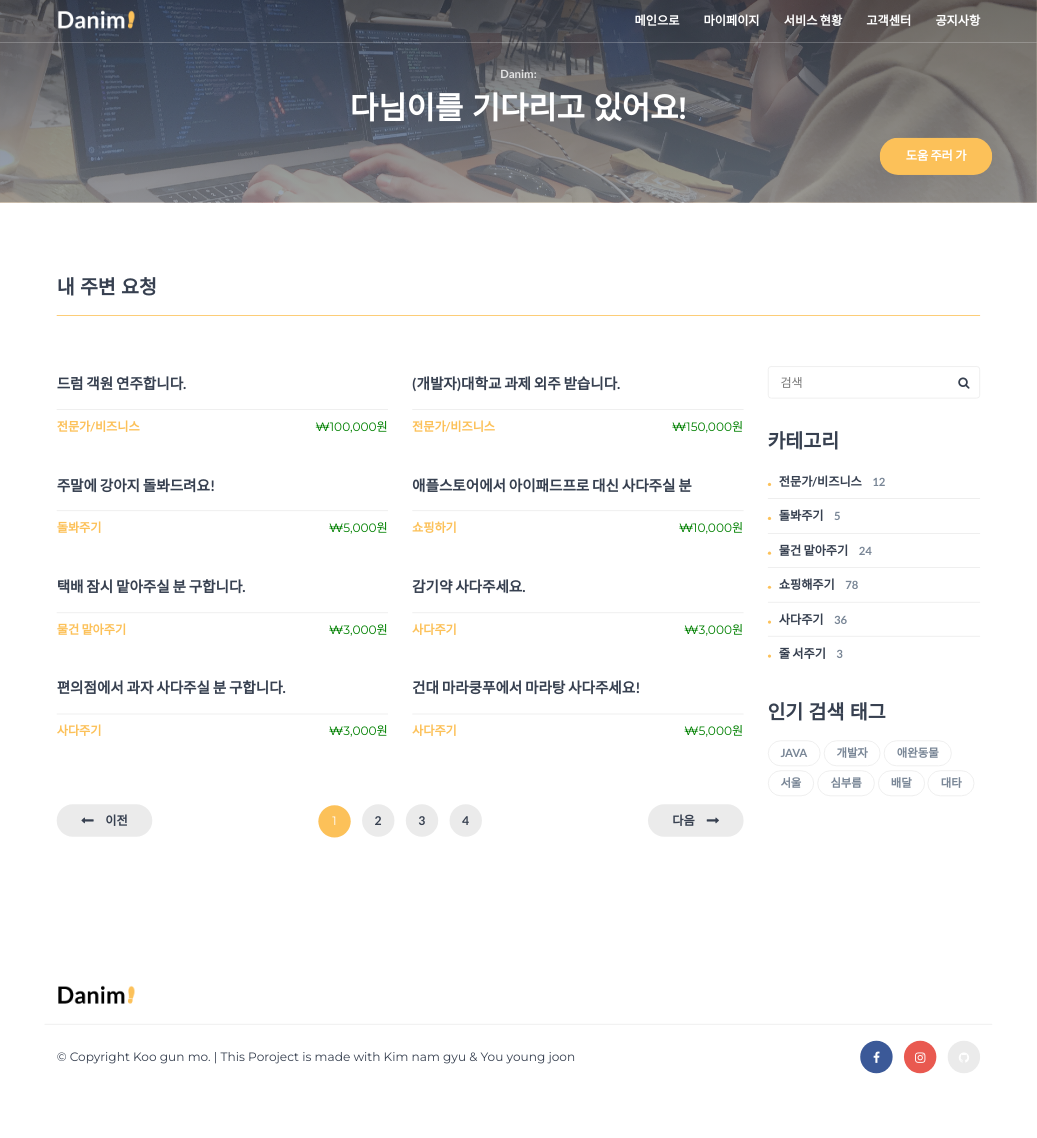
Repository: him1897/Danim
Page: http://localhost/danim/WEB-INF/views/userindex.jsp
These files come from the project's save history. The page is drawn as it stood at one moment and after the next save; the edit follows.
The browser window is 1280 px wide. The pictures show the whole page, at 81% of full size.
Backgrounds fixed to the window are drawn as part of the page. The page is served by Tomcat 9. Nobody is signed in. Other server files are loaded and not shown. The template is opened directly, without the code that normally fills it, so the values that code supplies are empty.

Above is the page before, as saved 2019-10-18 00:51:55.

### DanimProject/danim/src/main/webapp/WEB-INF/views/userindex.jsp
<%@ page language="java" contentType="text/html; charset=UTF-8"
    pageEncoding="UTF-8"%>
<!DOCTYPE html>
<html>
    <head>
		<meta charset="utf-8">
		<meta http-equiv="X-UA-Compatible" content="IE=edge">
		<meta name="viewport" content="width=device-width, initial-scale=1">


		<title>다님: 효율적인 삶의 시작</title>

		<!-- Google font -->
        <link href="https://fonts.googleapis.com/css?family=Lato:700%7CMontserrat:400,600" rel="stylesheet">

		<!-- Bootstrap -->
		<link type="text/css" rel="stylesheet" href="/danim/resources/css/bootstrap.min.css"/>

		<!-- Font Awesome Icon -->
		<link rel="stylesheet" href="/danim/resources/css/font-awesome.min.css">

		<!-- Custom stlylesheet -->
		<link type="text/css" rel="stylesheet" href="/danim/resources/css/style.css"/>
		<script type="text/javascript" src="https://code.jquery.com/jquery-1.12.4.min.js" ></script>



    </head>
	<body>

		<!-- Header -->
		<header id="header" class="transparent-nav">
			<div class="container">

				<div class="navbar-header" class="backimgs">
					<!-- Logo -->
					<div class="navbar-brand">
						<a class="logo" href="danimindex.jsp">
							<img src="/danim/resources/img/logo-alt.png" alt="logo">
						</a>
					</div>
					<!-- /Logo -->

					<!-- Mobile toggle -->
					<button class="navbar-toggle">
						<span></span>
					</button>
					<!-- /Mobile toggle -->
				</div>

				<!-- Navigation -->
				<nav id="nav">
					<ul class="main-menu nav navbar-nav navbar-right">
						<li><a href="/danim/danimindex.jsp">메인으로</a></li>
                        <li><a href="#">마이페이지</a></li>
                        <li><a href="#">서비스 현황</a></li>
						<li><a href="#">고객센터</a></li>
						<li><a href="#">공지사항</a></li>
					</ul>
				</nav>
				<!-- /Navigation -->

			</div>
		</header>
		<!-- /Header -->

		<!-- Hero-area -->
		<div class="hero-area section">

			<!-- Backgound Image -->
			<div class="bg-image bg-parallax overlay" style="background-image:url(/danim/resources/img/IMG_0078.jpeg)"></div>
			<!-- /Backgound Image -->

			<div class="container">
				<div class="row">
					<div class="col-md-10 col-md-offset-1 text-center">
						<ul class="hero-area-tree">
							<li>Danim:</li>
						</ul>
						<h1 class="white-text">다님이를 기다리고 있어요!</h1>
					</div>
					<a class="main-button icon-button pull-right" href="#" style="margin-bottom: -5%;">도움 주러 가</a>
				</div>
			</div>

		</div>
		<!-- /Hero-area -->

		<!-- Blog -->
		<div id="blog" class="section">

			<!-- container -->
			<div class="container">
				<h3>내 주변 요청</h3>
				<hr style="border-color: #fcc159;">
				<br><br>
				<!-- row -->
				<div class="row">

					<!-- main blog -->
					<div id="main" class="col-md-9">

						<!-- row -->
						<div class="row">

							<!-- single blog -->
							<div class="col-md-6">
								<div class="single-blog">
									<!-- <div class="blog-img">
										<a href="#">
											<img src="/danim/resources/img/pet.png" alt="">
										</a>
									</div> -->
									<h4><a href="#">드럼 객원 연주합니다.</a></h4>
									<div class="blog-meta">
										<span class="blog-meta-author"><a href="#">전문가/비즈니스</a></span>
										<div class="pull-right">
											<span class="course-price course-premium uiprice">₩100,000원</span>
										</div>
									</div>
								</div>
							</div>
							<!-- /single blog -->

							<!-- single blog -->
							<div class="col-md-6">
								<div class="single-blog">
									<h4><a href="#">(개발자)대학교 과제 외주 받습니다.</a></h4>
									<div class="blog-meta">
										<span class="blog-meta-author"><a href="#">전문가/비즈니스</a></span>
										<div class="pull-right">
											<span class="course-price course-premium uiprice">₩150,000원</span>
										</div>
									</div>
								</div>
							</div>
							<!-- /single blog -->

							<!-- single blog -->
							<div class="col-md-6">
								<div class="single-blog">
									<h4><a href="#">주말에 강아지 돌봐드려요!</a></h4>
									<div class="blog-meta">
										<span class="blog-meta-author"><a href="#">돌봐주기</a></span>
										<div class="pull-right">
											<span class="course-price course-premium uiprice">₩5,000원</span>
										</div>
									</div>
								</div>
							</div>
							<!-- /single blog -->

							<!-- single blog -->
							<div class="col-md-6">
								<div class="single-blog">
									<h4><a href="#">애플스토어에서 아이패드프로 대신 사다주실 분</a></h4>
									<div class="blog-meta">
										<span class="blog-meta-author"><a href="#">쇼핑하기</a></span>
										<div class="pull-right">
											<span class="course-price course-premium uiprice">₩10,000원</span>
										</div>
									</div>
								</div>
							</div>
                            <!-- /single blog -->
                            <!-- single blog -->
							<div class="col-md-6">
								<div class="single-blog">
									<h4><a href="#">택배 잠시 맡아주실 분 구합니다.</a></h4>
									<div class="blog-meta">
										<span class="blog-meta-author"><a href="#">물건 맡아주기</a></span>
										<div class="pull-right">
											<span class="course-price course-premium uiprice">₩3,000원</span>
										</div>
									</div>
								</div>
							</div>
                            <!-- /single blog -->
                            <!-- single blog -->
							<div class="col-md-6">
								<div class="single-blog">
									<h4><a href="#">감기약 사다주세요.</a></h4>
									<div class="blog-meta">
										<span class="blog-meta-author"><a href="#">사다주기</a></span>
										<div class="pull-right">
											<span class="course-price course-premium uiprice">₩3,000원</span>
										</div>
									</div>
								</div>
							</div>
                            <!-- /single blog -->
                            <!-- single blog -->
							<div class="col-md-6">
								<div class="single-blog">
									<h4><a href="#">편의점에서 과자 사다주실 분 구합니다.</a></h4>
									<div class="blog-meta">
										<span class="blog-meta-author"><a href="#">사다주기</a></span>
										<div class="pull-right">
											<span class="course-price course-premium uiprice">₩3,000원</span>
										</div>
									</div>
								</div>
							</div>
                            <!-- /single blog -->
                            <!-- single blog -->
							<div class="col-md-6">
								<div class="single-blog">
									<h4><a href="#">건대 마라쿵푸에서 마라탕 사다주세요!</a></h4>
									<div class="blog-meta">
										<span class="blog-meta-author"><a href="#">사다주기</a></span>
										<div class="pull-right">
											<span class="course-price course-premium uiprice">₩5,000원</span>
										</div>
									</div>
								</div>
							</div>
							<!-- /single blog -->

						</div>
						<!-- /row -->

						<!-- row -->
						<div class="row">

							<!-- pagination -->
							<div class="col-md-12">
								<div class="post-pagination">
									<a href="#" class="pagination-back pull-left">이전</a>
									<ul class="pages">
										<li class="active">1</li>
										<li><a href="#">2</a></li>
										<li><a href="#">3</a></li>
										<li><a href="#">4</a></li>
									</ul>
									<a href="#" class="pagination-next pull-right">다음</a>
								</div>
							</div>
							<!-- pagination -->

						</div>
						<!-- /row -->
					</div>
					<!-- /main blog -->

					<!-- aside blog -->
					<div id="aside" class="col-md-3">

						<!-- search widget -->
						<div class="widget search-widget">
							<form>
								<input class="input" type="text" name="search" placeholder="검색">
								<button><i class="fa fa-search"></i></button>
							</form>
						</div>
						<!-- /search widget -->

						<!-- category widget -->
						<div class="widget category-widget">
							<h3>카테고리</h3>
							<a class="category" href="#">전문가/비즈니스 <span>12</span></a>
							<a class="category" href="#">돌봐주기 <span>5</span></a>
							<a class="category" href="#">물건 맡아주기 <span>24</span></a>
							<a class="category" href="#">쇼핑해주기 <span>78</span></a>
                            <a class="category" href="#">사다주기 <span>36</span></a>
                            <a class="category" href="#">줄 서주기 <span>3</span></a>
						</div>
						<!-- /category widget -->

						<!-- posts widget -->

						<!-- /posts widget -->

						<!-- tags widget -->
						<div class="widget tags-widget">
							<h3>인기 검색 태그</h3>
							<a class="tag" href="#">Java</a>
							<a class="tag" href="#">개발자</a>
							<a class="tag" href="#">애완동물</a>
							<a class="tag" href="#">서울</a>
							<a class="tag" href="#">심부름</a>
							<a class="tag" href="#">배달</a>
							<a class="tag" href="#">대타</a>
						</div>
						<!-- /tags widget -->

					</div>
					<!-- /aside blog -->

				</div>
				<!-- row -->

			</div>
			<!-- container -->

		</div>
		<!-- /Blog -->

		<!-- Footer -->
		<footer id="footer" class="section">

			<!-- container -->
			<div class="container">

				<!-- row -->
				<div class="row">

					<!-- footer logo -->
					<div class="col-md-6">
						<div class="footer-logo">
							<a class="logo" href="danimindex.jsp">
								<img src="/danim/resources/img/logo.png" alt="logo">
							</a>
						</div>
					</div>
					<!-- footer logo -->


				</div>
				<!-- /row -->

				<!-- row -->
				<div id="bottom-footer" class="row">

					<!-- social -->
                    <div class="col-md-4 col-md-push-8">
						<ul class="footer-social">
							<li><a href="#" class="facebook"><i class="fa fa-facebook"></i></a></li>
							<li><a href="#" class="instagram"><i class="fa fa-instagram"></i></a></li>
							<li><a href="#" class="github"><i class="fa fa-github"></i></a></li>
						</ul>
					</div>
					<!-- /social -->

					<!-- copyright -->
					<div class="col-md-8 col-md-pull-4">
						<div class="footer-copyright">
							<span>&copy; Copyright Koo gun mo. | This Poroject is made with Kim nam gyu & You young joon</a></span>
						</div>
					</div>
					<!-- /copyright -->

				</div>
				<!-- row -->

			</div>
			<!-- /container -->

		</footer>
		<!-- /Footer -->

		<!-- preloader -->
		<div id='preloader'><div class='preloader'></div></div>
		<!-- /preloader -->


		<!-- jQuery Plugins -->
		<script type="text/javascript" src="/danim/resources/js/jquery.min.js"></script>
		<script type="text/javascript" src="/danim/resources/js/bootstrap.min.js"></script>
		<script type="text/javascript" src="/danim/resources/js/main.js"></script>

	</body>
</html>

Loaded but not shown: DanimProject/danim/src/main/webapp/resources/css/bootstrap.min.css (library); DanimProject/danim/src/main/webapp/resources/css/font-awesome.min.css (library); DanimProject/danim/src/main/webapp/resources/js/jquery.min.js (library); DanimProject/danim/src/main/webapp/resources/js/bootstrap.min.js (library); DanimProject/danim/src/main/webapp/resources/js/main.js (common file); DanimProject/danim/src/main/webapp/resources/css/style.css (1419 lines, source omitted)

After the next save:
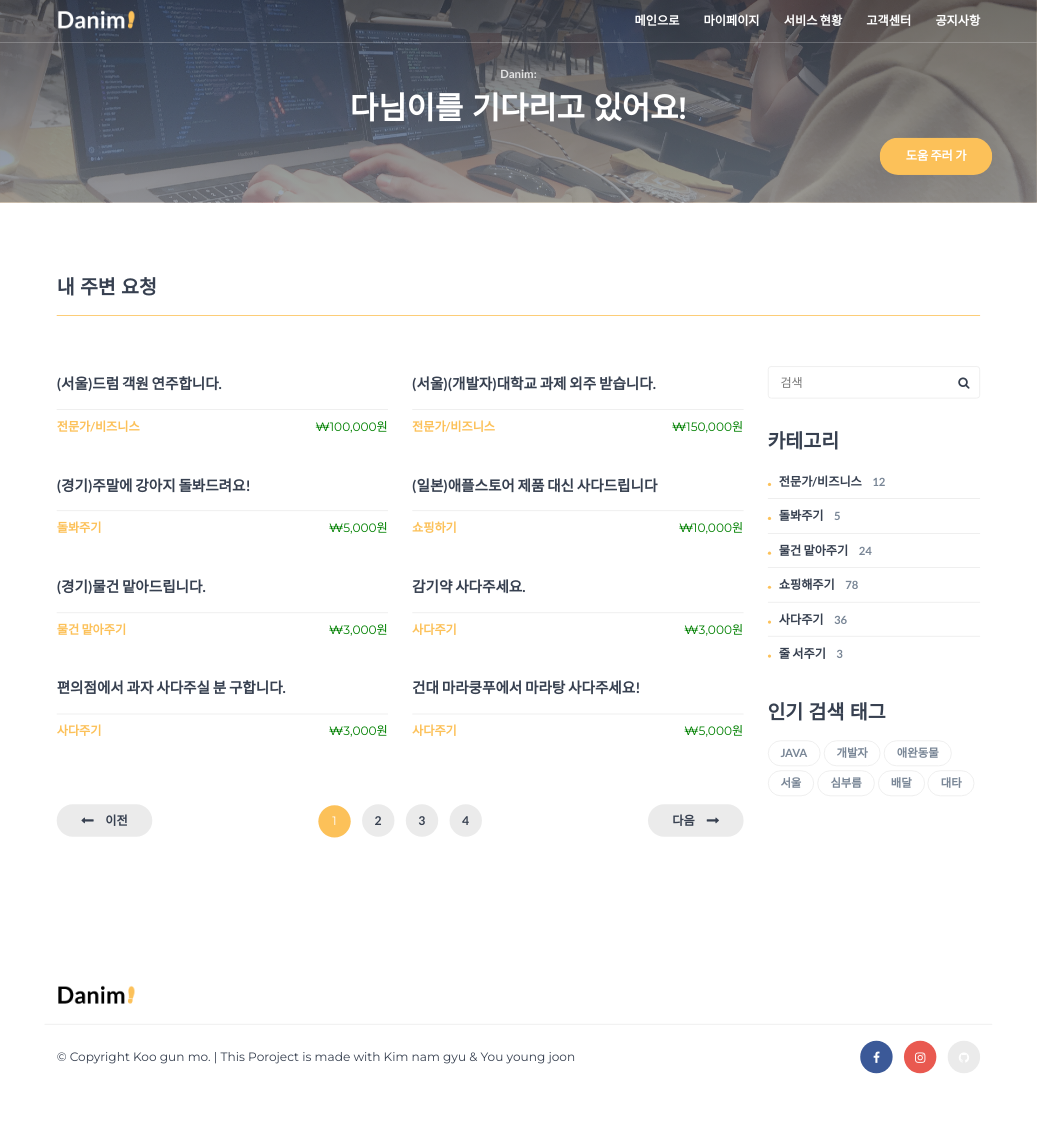
Saved 49 s later.
--- a/DanimProject/danim/src/main/webapp/WEB-INF/views/userindex.jsp
+++ b/DanimProject/danim/src/main/webapp/WEB-INF/views/userindex.jsp
@@ -111,7 +111,7 @@
 											<img src="/danim/resources/img/pet.png" alt="">
 										</a>
 									</div> -->
-									<h4><a href="#">드럼 객원 연주합니다.</a></h4>
+									<h4><a href="#">(서울)드럼 객원 연주합니다.</a></h4>
 									<div class="blog-meta">
 										<span class="blog-meta-author"><a href="#">전문가/비즈니스</a></span>
 										<div class="pull-right">
@@ -125,7 +125,7 @@
 							<!-- single blog -->
 							<div class="col-md-6">
 								<div class="single-blog">
-									<h4><a href="#">(개발자)대학교 과제 외주 받습니다.</a></h4>
+									<h4><a href="#">(서울)(개발자)대학교 과제 외주 받습니다.</a></h4>
 									<div class="blog-meta">
 										<span class="blog-meta-author"><a href="#">전문가/비즈니스</a></span>
 										<div class="pull-right">
@@ -139,7 +139,7 @@
 							<!-- single blog -->
 							<div class="col-md-6">
 								<div class="single-blog">
-									<h4><a href="#">주말에 강아지 돌봐드려요!</a></h4>
+									<h4><a href="#">(경기)주말에 강아지 돌봐드려요!</a></h4>
 									<div class="blog-meta">
 										<span class="blog-meta-author"><a href="#">돌봐주기</a></span>
 										<div class="pull-right">
@@ -153,7 +153,7 @@
 							<!-- single blog -->
 							<div class="col-md-6">
 								<div class="single-blog">
-									<h4><a href="#">애플스토어에서 아이패드프로 대신 사다주실 분</a></h4>
+									<h4><a href="#">(일본)애플스토어 제품 대신 사다드립니다</a></h4>
 									<div class="blog-meta">
 										<span class="blog-meta-author"><a href="#">쇼핑하기</a></span>
 										<div class="pull-right">
@@ -166,7 +166,7 @@
                             <!-- single blog -->
 							<div class="col-md-6">
 								<div class="single-blog">
-									<h4><a href="#">택배 잠시 맡아주실 분 구합니다.</a></h4>
+									<h4><a href="#">(경기)물건 맡아드립니다.</a></h4>
 									<div class="blog-meta">
 										<span class="blog-meta-author"><a href="#">물건 맡아주기</a></span>
 										<div class="pull-right">
